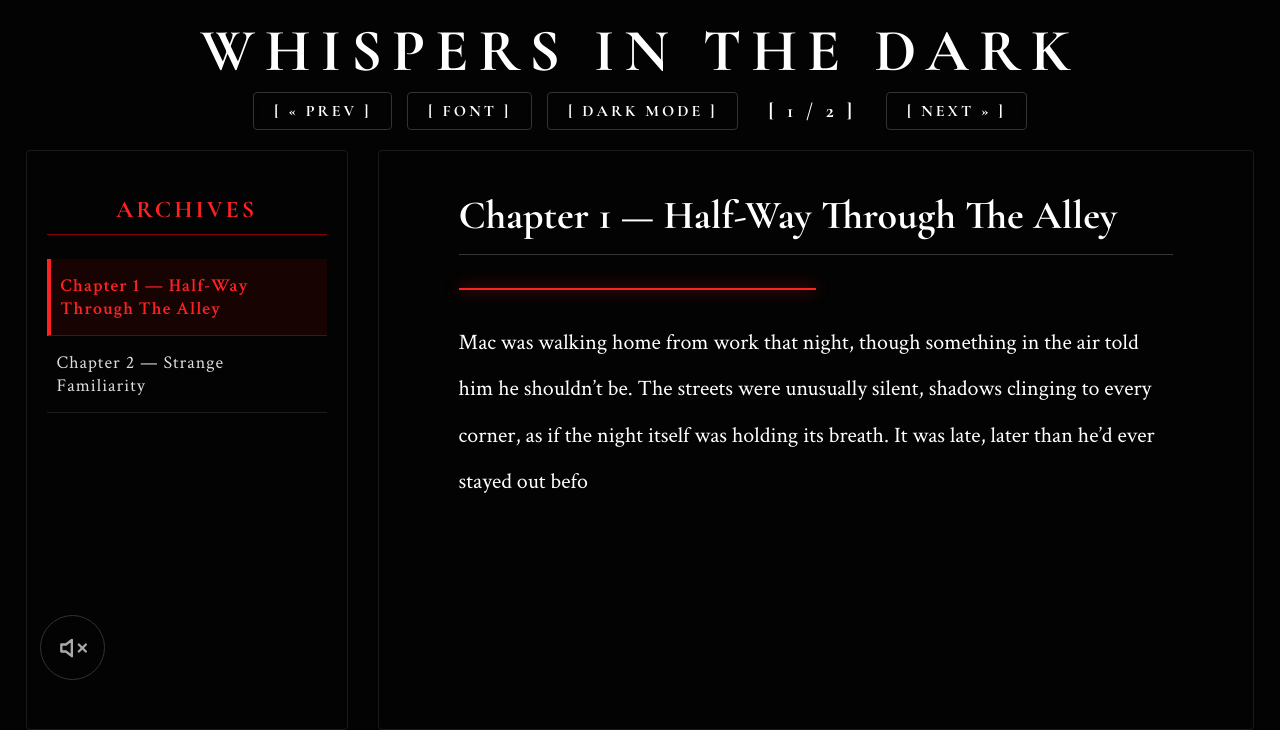
Repository: archie-projects/whispers-in-the-dark
Page: index.html
An editor plug-in stored every save of this project. The page is shown before and after the next save, followed by the edit.
The browser window is 1280 px wide. The pictures show the whole page.
After loading, the first visible `#themeToggle` was clicked once.
Backgrounds fixed to the window are drawn as part of the page.

Above is the page before, as saved 2026-03-08 10:17:25.

After the next save:
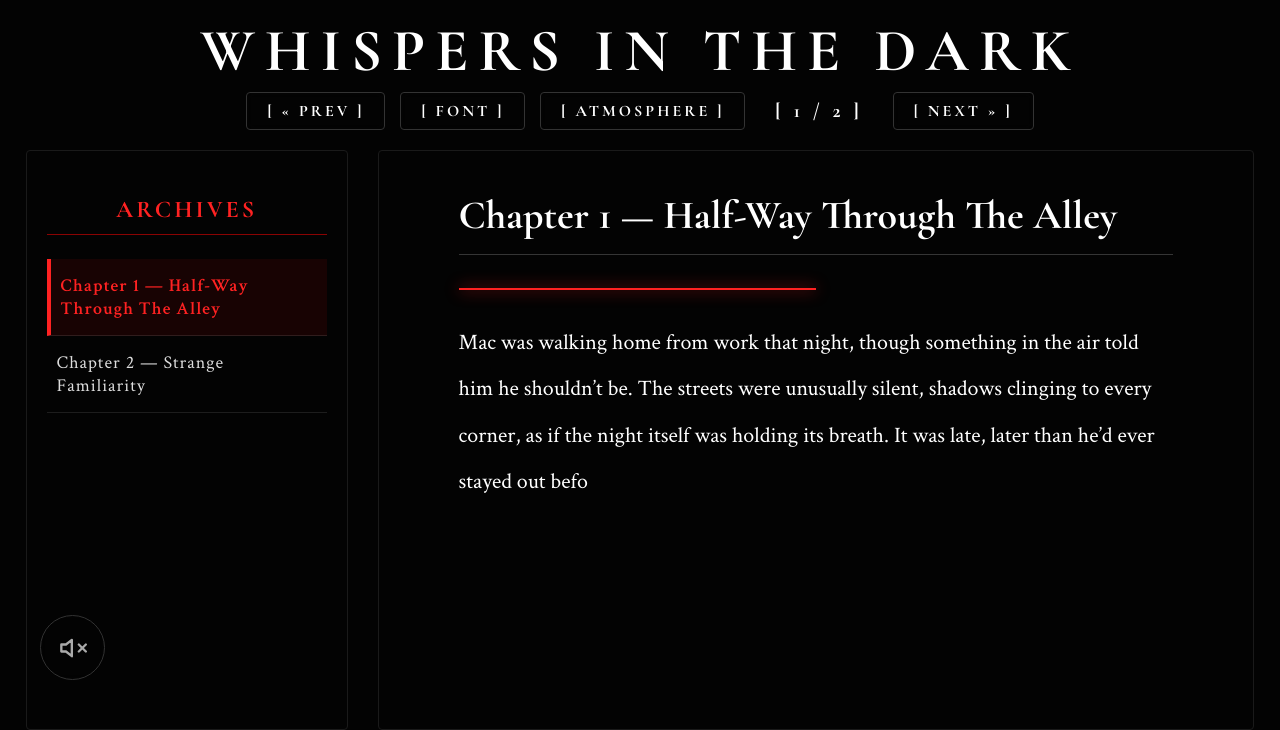
Saved 9 s later.
--- a/script.js
+++ b/script.js
@@ -14,13 +14,20 @@ const backgrounds = [
   "images/bg3.jpg"
 ];
 
-// --- FONT & THEME TOGGLE LOGIC ---
+// --- TOGGLE LOGIC ---
 function toggleFont() {
   document.body.classList.toggle("alt-font");
 }
 
 function toggleTheme() {
   document.body.classList.toggle("dark-mode");
+  const themeBtn = document.getElementById("themeToggle");
+
+  if (document.body.classList.contains("dark-mode")) {
+    themeBtn.innerText = "[ ATMOSPHERE ]"; // Changes text to indicate how to return
+  } else {
+    themeBtn.innerText = "[ DARK MODE ]";
+  }
 }
 
 function typeWriter(text) {
